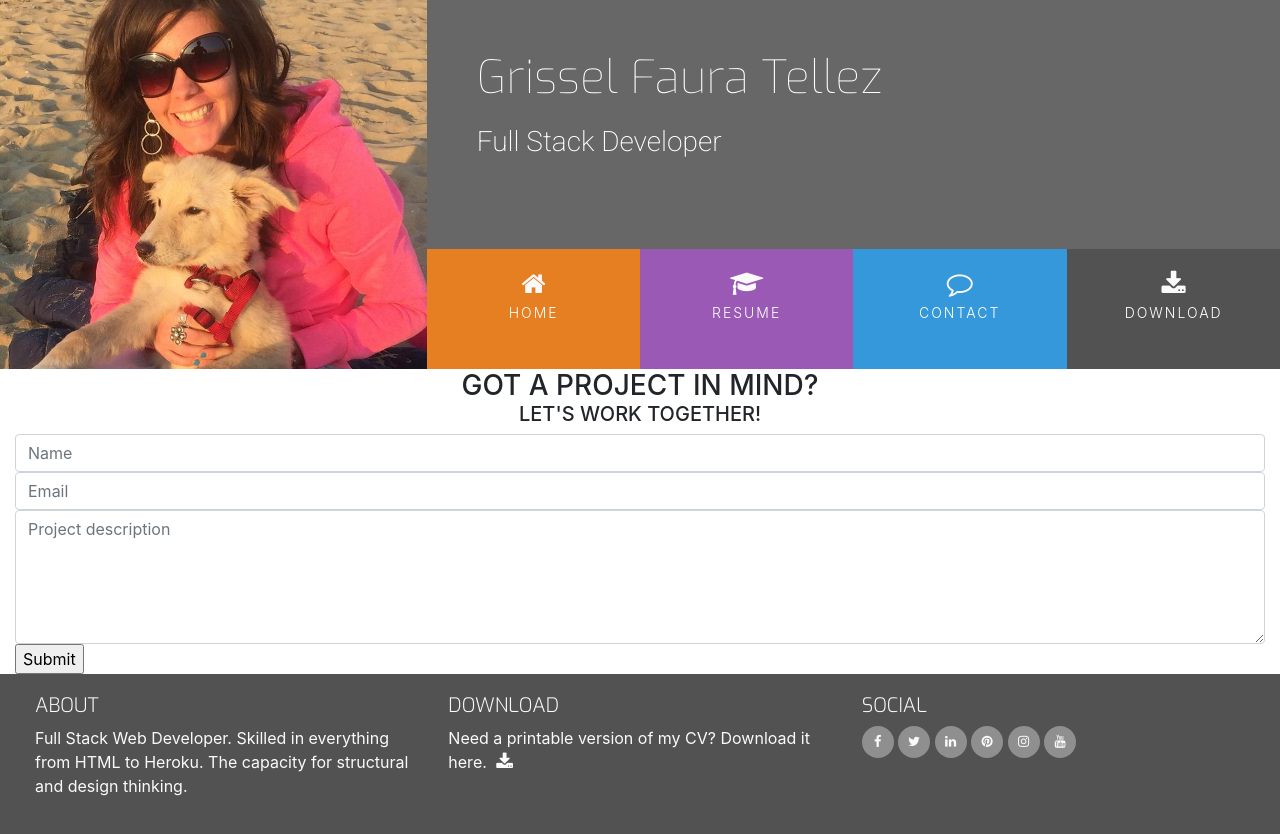
Repository: grisselfaura/Resume-Project-Introduction
Page: contact.html
The author's editor kept a record of every edit. The page is drawn from the files as they stood at one moment, then again after the next edit.
The browser window is 1280 px wide. The pictures show the whole page.

Above is the page before.

After the next edit:
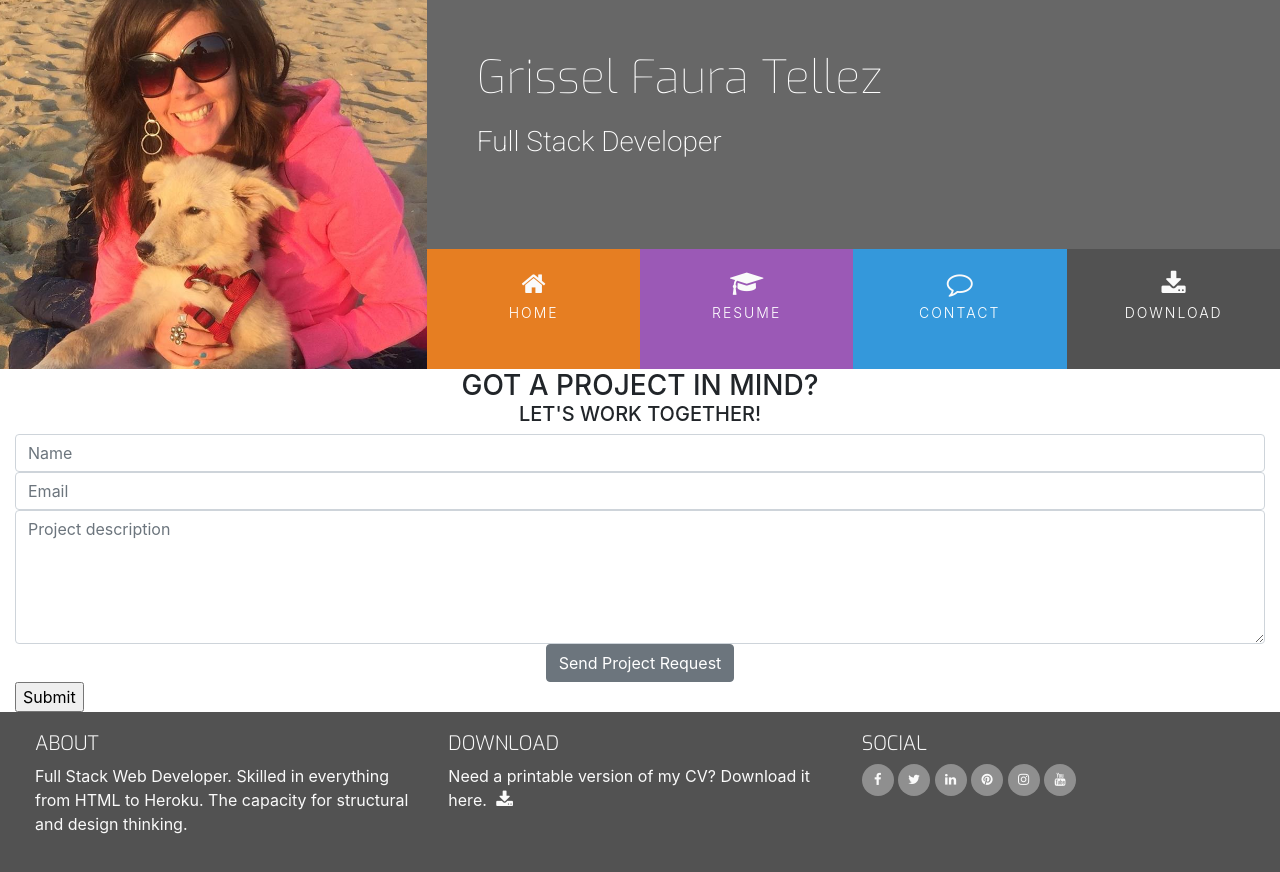
The edit:
--- a/contact.html
+++ b/contact.html
@@ -53,7 +53,11 @@
                         <input type="text" name="name" id="fullname" class="form-control" placeholder="Name" required/>
                         <input type="text" name="email" id="emailaddress" class="form-control" placeholder="Email" required/>
                         <textarea rows="5" name="projectsummary" id="projectsummary" class="form-control" placeholder="Project description" required></textarea>
-
+                        <div class="form-row text-center">
+                            <div class="col">
+                                <button type="submit" class="btn btn-secondary">Send Project Request</button>
+                            </div>
+                        </div>
                         <input type="submit" value="Submit"/>
                     </form>
                 </div>
